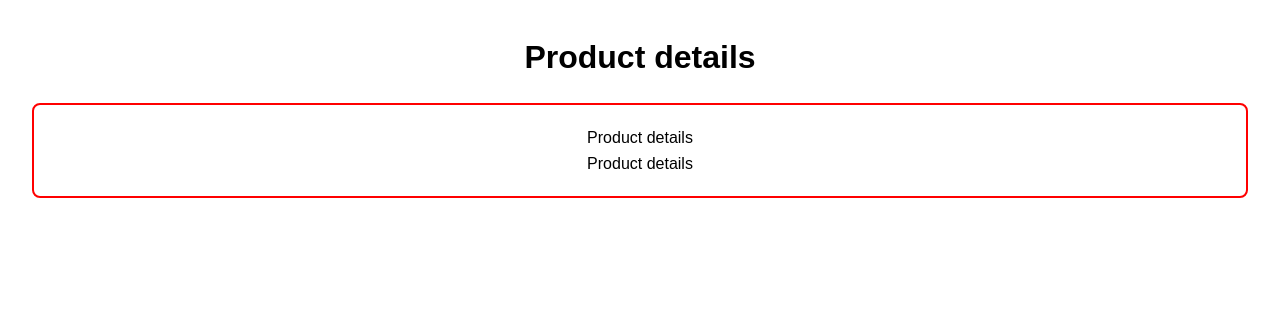
Repository: Manny1294/react-learning
Page: /
These files come from the project's save history. The page is drawn as it stood at one moment and after the next save; the edit follows.
The browser window is 1280 px wide. The pictures show the whole page.
The project was rebuilt for these pictures with package versions that can differ from the ones it lists, and the page was loaded fresh each time. Also part of the build but not shown: vite.config.js.

Above is the page before, as saved 2026-01-24 03:45:52.

After the next save:
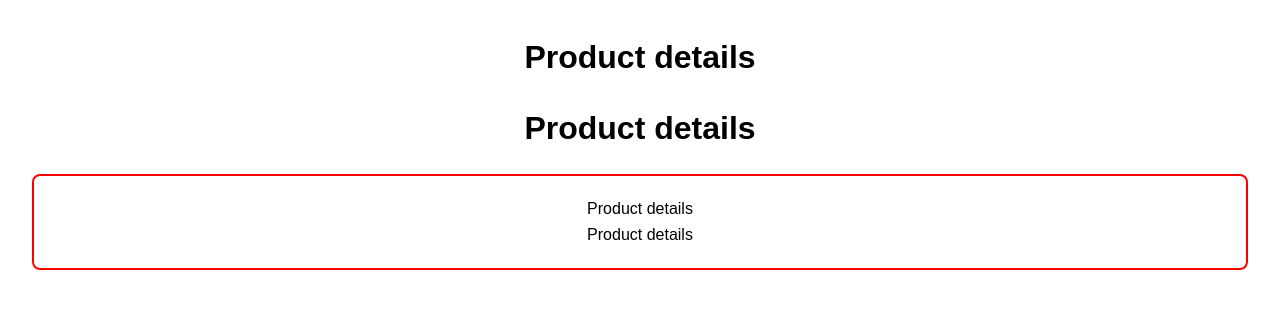
Saved 33 s later.
--- a/src/App.jsx
+++ b/src/App.jsx
@@ -4,6 +4,7 @@ import ProductCard from "./components/ProductCard";
 function App() {
   return (
     <div>
+      <h1 style={{ marginBottom: "20px" }}>Product details</h1>
       <ProductCard />
     </div>
   );
